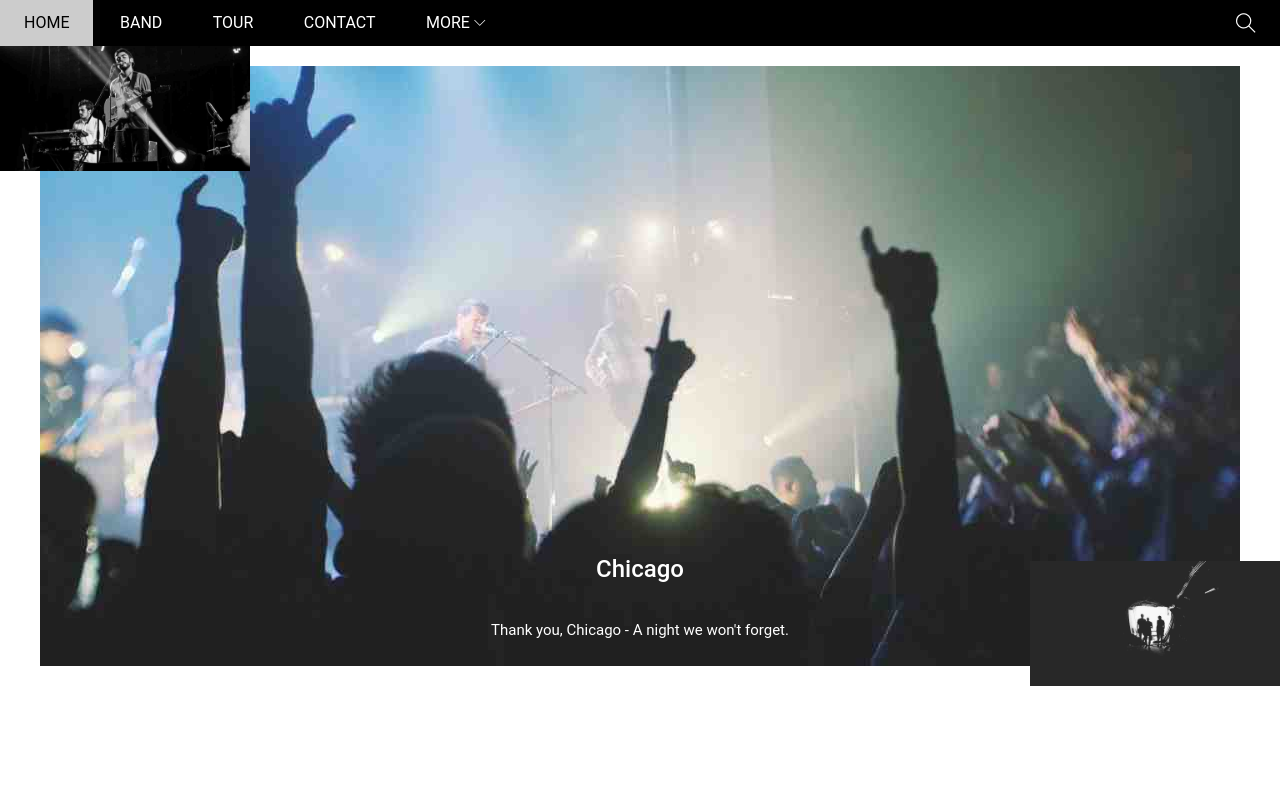
Repository: vuongld315/myLandingPage
Page: index.html
These files come from the project's save history. The page is drawn as it stood at one moment and after the next save; the edit follows.
The browser window is 1280 px wide. The pictures show the whole page.

Above is the page before, as saved 2022-07-22 13:30:55.

### index.html
<!DOCTYPE html>
<html lang="en">
<head>
    <meta charset="UTF-8">
    <meta http-equiv="X-UA-Compatible" content="IE=edge">
    <meta name="viewport" content="width=device-width, initial-scale=1.0">
    <title>Document</title>
    <link rel="stylesheet" href="./assets/css/main.css">
    <link rel="stylesheet" href="./assets/css/base.css">
    <link rel="stylesheet" href="./assets/fonts/themify-icons/themify-icons.css">
</head>
<body>
    <div id="main">
        <div id="header">
            <div id="nav">
                <ul>
                    <li><a href="">Home</a></li>
                    <li><a href="">Band</a></li>
                    <li><a href="">Tour</a></li>
                    <li><a href="">Contact</a></li>
                    <li>
                        <a href="#">
                            More
                            <i class="nav-arrow-down ti-angle-down"></i>
                        </a>
                        <ul class="subnav">
                            <li><a href="">Merchadise</a></li>
                            <li><a href="">Extras</a></li>
                            <li><a href="">Media</a></li>
                        </ul>
                    </li>
                </ul>
            </div>
            <div class="search-btn">
                <i class="search-icon ti-search"></i>
            </div>
        </div>

        <div id="slider">

            <div class="text-content">
                <h2 class="text-heading">Chicago</h2>
                <div class="text-desciption">Thank you, Chicago - A night we won't forget.</div>
            </div>
        </div>

        <div id="content">

        </div>

        <div id="footer">

        </div>
    </div>
</body>
</html>

### assets/css/main.css
*   {
    box-sizing: inherit;
}

body    {
    padding-bottom:100px ;
}

html    {
    font-size: 62.5%;
    line-height: 1.6rem;
    font-family: 'Roboto', sans-serif;
    box-sizing: border-box;
}

.gird   {
    width: 1200px;
    max-width: 100%;
    margin: 0 auto;
}

.gird__full-width   {
    width: 100%;
}

.gird__row  {
    display: flex;
    flex-wrap: wrap;
}

body    {
    margin: 0;
    padding: 0;
}

#header {
    height: 46px;
    background-color: #000;
    display: flex;
    align-items: center;
    justify-content: space-between;
    position: fixed;
    top: 0;
    right: 0;
    left: 0;
    z-index: 1;
}

#nav ul {
    padding: 0;
}

#nav li {
    display: inline-block;
    position: relative;
}

#nav > ul > li > a   {
    color: #fff;
    text-transform: uppercase;
    padding: 0 24px;
    line-height: 46px;
}

#nav li a   {
    text-decoration: none;
    font-size: 1.6rem;
    display: inline-block;

}

#nav .subnav li:hover,
#nav > ul > li:hover > a {
    color:#000;
    background-color: #ccc;

}

#nav > ul > li:hover .subnav    {
    display: block;
}

#nav .subnav    {
    display: none;
    position: absolute;
    background-color: #fff;
    width: 160px;
    box-shadow: 0 0 10px rgba(0 ,0 ,0 , .3);
}

#nav .subnav li {
    width: 100%;
    list-style: none;
    padding: 12px;

}

#nav .subnav a  {
    color: #000;
    font-size: 1.4rem;
}

.nav-arrow-down {
    font-size: 1.2rem;
}

#header .search-btn {
    font-size: 20px;
    color: #fff;
    padding: 13px 24px;
    height: 100%;
}

#header .search-btn:hover   {
    background-color: #f44336;
    cursor: pointer;
}

#slider {
    display: flex;
    justify-content: center;
    margin-top: 46px;
    padding-top: 50%;
    background:
    url('/assets/img/slider1.jpg') left top no-repeat,
    url('/assets/img/slider2.jpg') right bottom  no-repeat,
    url('/assets/img/slider3.jpg') center center no-repeat;
    background-size: 250px,250px,auto;
    position: relative;
}

.text-content  {
    position: absolute;
    color: #fff;
    bottom: 48px;
    display: flex;
    flex-direction: column;
    align-items: center;
}

.text-heading   {
    font-weight: 500;
    font-size: 24px;
}

.text-desciption    {
    font-size: 15px;
    margin-top: 25px;
}

#content {

}

#footer {

}

### assets/css/base.css
*   {
    box-sizing: inherit;
}

body    {
    padding-bottom:100px ;
}

html    {
    font-size: 62.5%;
    line-height: 1.6rem;
    font-family: 'Roboto', sans-serif;
    box-sizing: border-box;
}

.gird   {
    width: 1200px;
    max-width: 100%;
    margin: 0 auto;
}

.gird__full-width   {
    width: 100%;
}

.gird__row  {
    display: flex;
    flex-wrap: wrap;
}

Loaded but not shown: assets/fonts/themify-icons/themify-icons.css (common file)

After the next save:
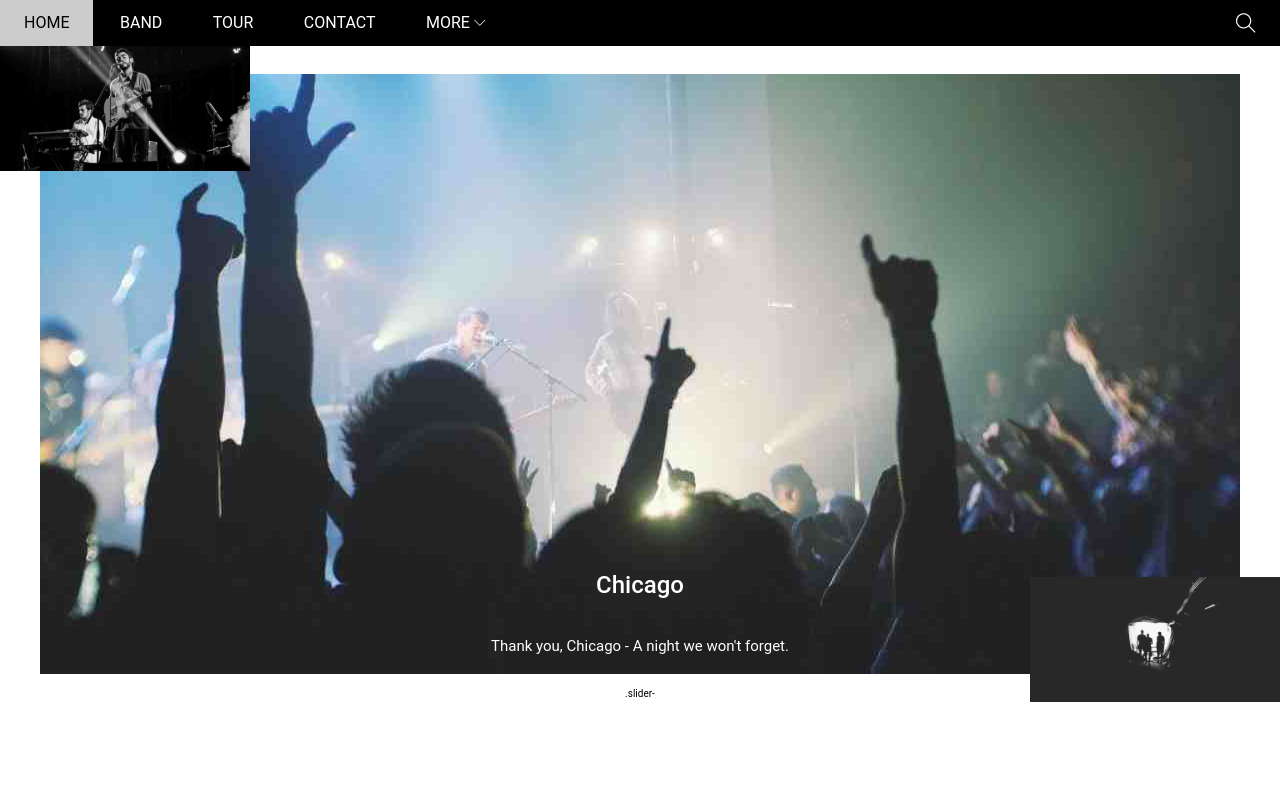
Saved 41 s later.
--- a/index.html
+++ b/index.html
@@ -37,7 +37,7 @@
         </div>
 
         <div id="slider">
-
+            .slider-
             <div class="text-content">
                 <h2 class="text-heading">Chicago</h2>
                 <div class="text-desciption">Thank you, Chicago - A night we won't forget.</div>

After the 2 saves that followed:
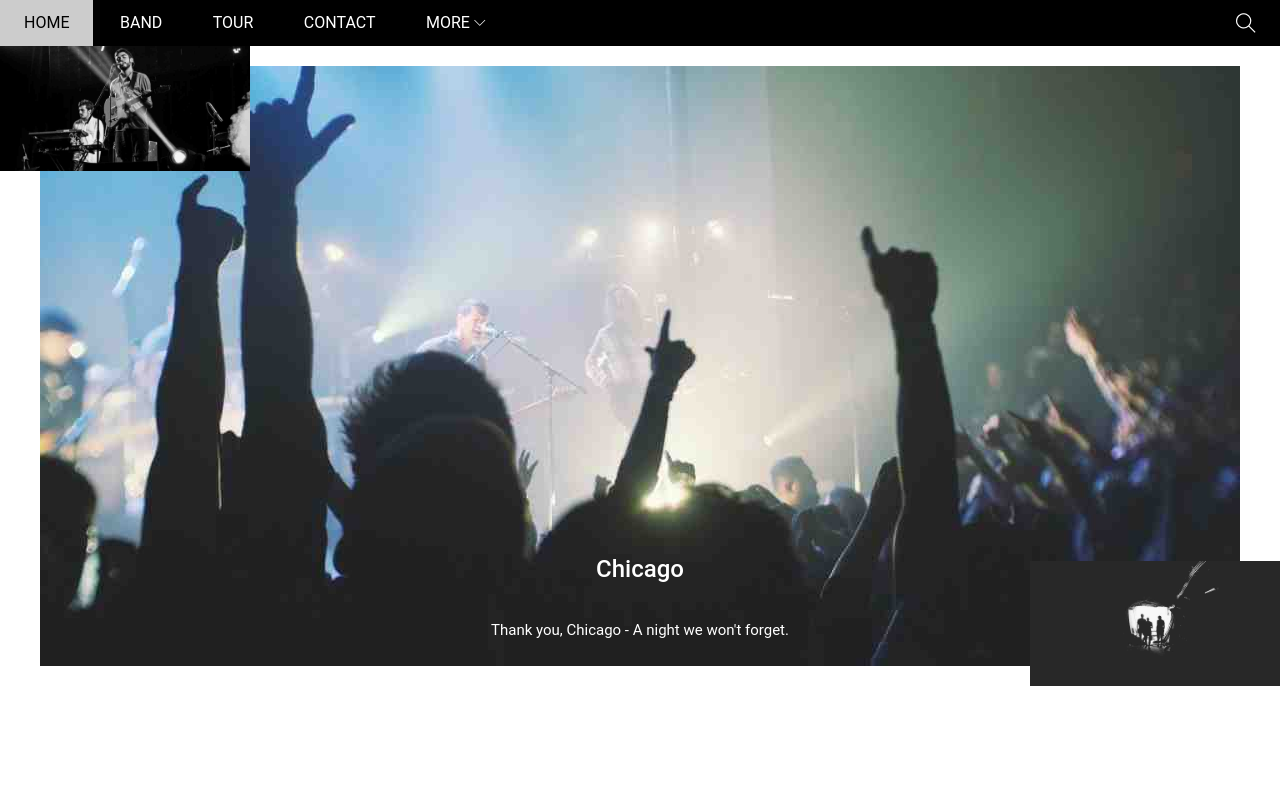
The 2 saves are shown as one change because they came seconds apart.
The last was saved 9 s later.
--- a/index.html
+++ b/index.html
@@ -37,7 +37,9 @@
         </div>
 
         <div id="slider">
-            .slider-
+            <div class="slider-background">
+
+            </div>
             <div class="text-content">
                 <h2 class="text-heading">Chicago</h2>
                 <div class="text-desciption">Thank you, Chicago - A night we won't forget.</div>
